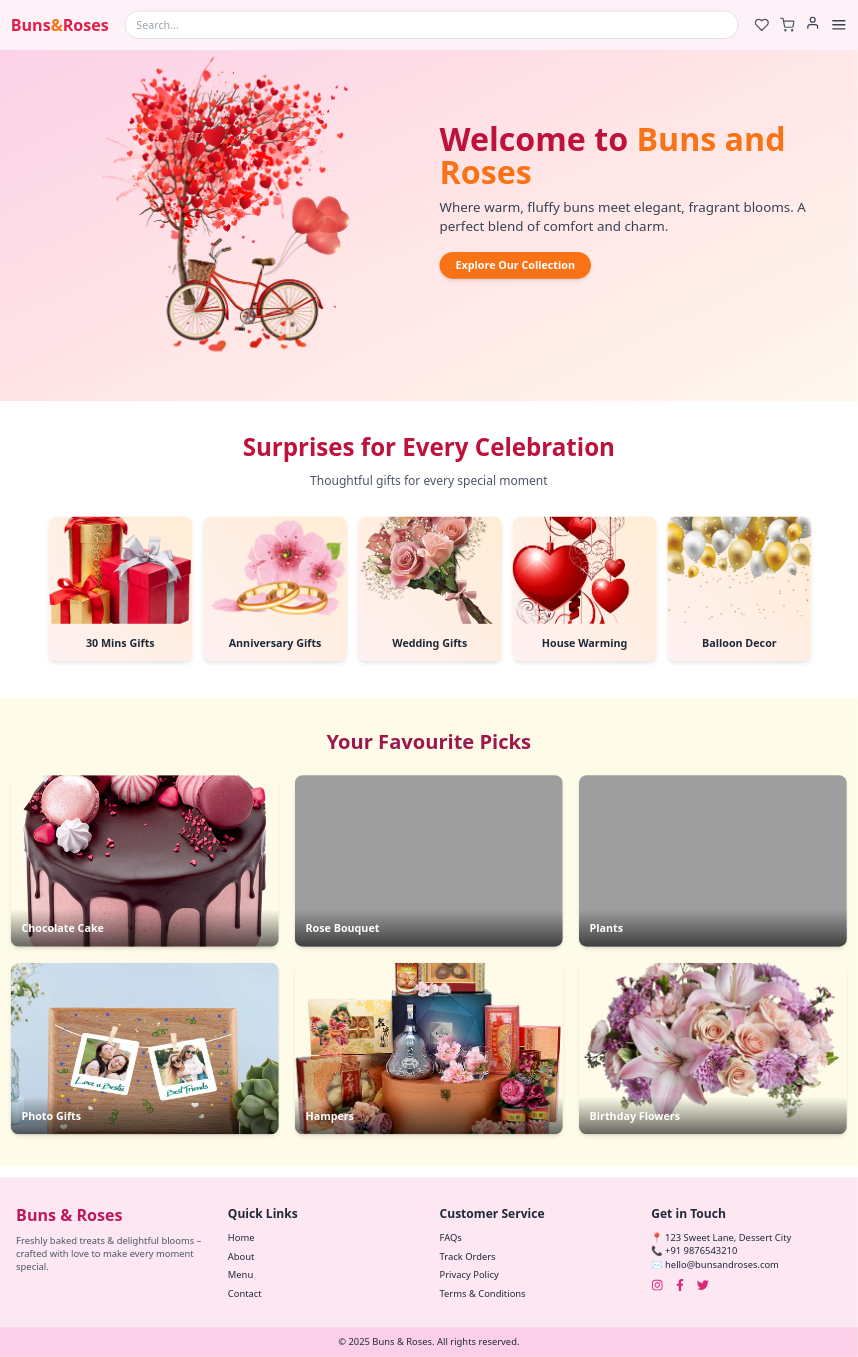
Repository: Purniagithub/buns-and-roses
Page: /
The author's editor kept a copy of each file at every save. The page is drawn from the files as they stood at one save, then again after the next save.
The browser window is 1280 px wide. The pictures show the whole page, at 67% of full size.
Pictures or frames that could not be fetched are drawn as grey boxes. The project was rebuilt for these pictures with package versions that can differ from the ones it lists, and the page was loaded fresh each time. Also part of the build but not shown: vite.config.js, src/pages/About.jsx. Imported but missing from the stored project, and not drawn on this page: src/components/RelationshipSec tion.

Above is the page before, as saved 2025-08-10 02:46:56.

### src/App.jsx
import React from 'react';
import { BrowserRouter as Router, Routes, Route } from 'react-router-dom';

import Home from './pages/Home';
import About from './pages/About';
import Navbar from './components/Navbar';
import Footer from './components/Footer'; // ✅ Import Footer

function App() {
  return (
    <Router>
      <div className="flex flex-col min-h-screen">
        {/* Navbar at the top */}
        <Navbar />

        {/* Main content area grows to push footer down */}
        <main className="flex-grow">
          <Routes>
            <Route path="/" element={<Home />} />
            <Route path="/about" element={<About />} />
          </Routes>
        </main>

        {/* Footer at the bottom */}
        <Footer />
      </div>
    </Router>
  );
}

export default App;

### src/pages/Home.jsx
import React from "react";
import Slider from "react-slick";
import { motion } from "framer-motion";
import "slick-carousel/slick/slick.css";
import "slick-carousel/slick/slick-theme.css";
import FavouritePicks from "../components/FavouritePicks";

const Home = () => {
  const celebrationItems = [
    { title: "Birthday Gifts", image: "/pngegg (6).png" },
    { title: "Send Rakhi Online", image: "/pngegg (3).png" },
    { title: "30 Mins Gifts", image: "/pngegg (4).png" },
    { title: "Anniversary Gifts", image: "/pngegg (7).png" },
    { title: "Wedding Gifts", image: "/pngegg.png" },
    { title: "House Warming", image: "/pngegg (9).png" },
    { title: "Balloon Decor", image: "/pngegg (2).png" },
  ];

  const sliderSettings = {
    dots: false,
    infinite: true,
    speed: 500,
    slidesToShow: 5,
    slidesToScroll: 1,
    autoplay: true,
    autoplaySpeed: 2500,
    responsive: [
      { breakpoint: 1024, settings: { slidesToShow: 3 } },
      { breakpoint: 768, settings: { slidesToShow: 2 } },
      { breakpoint: 480, settings: { slidesToShow: 1 } },
    ],
  };

  return (
    <>
      {/* Hero Section */}
      <div className="min-h-80 bg-gradient-to-br from-pink-200 via-rose-100 to-orange-50 flex items-center justify-center px-4 py-12">
        <div className="max-w-6xl w-full grid grid-cols-1 md:grid-cols-2 gap-8 items-center">
          {/* Left Side - Image */}
          <div className="flex justify-center">
            <img
              src="/pngegg (1).png"
              alt="Delicious buns and roses"
              className="w-full max-w-md h-auto rounded-3xl transform hover:scale-105 transition duration-500"
            />
          </div>

          {/* Right Side - Text Content */}
          <div className="text-center md:text-left">
            <h1 className="text-4xl md:text-5xl font-extrabold text-rose-700 leading-tight mb-4">
              Welcome to <span className="text-orange-500">Buns and Roses</span>
            </h1>
            <p className="text-lg md:text-xl text-gray-700 mb-6">
              Where warm, fluffy buns meet elegant, fragrant blooms. A perfect
              blend of comfort and charm.
            </p>
            <button className="bg-orange-500 hover:bg-orange-600 text-white font-semibold py-2 px-6 rounded-full shadow-md transition duration-300">
              Explore Our Collection
            </button>
          </div>
        </div>
      </div>

      {/* Celebration Section with Slider */}
      <section className="py-12 bg-white px-4">
        <div className="max-w-7xl mx-auto text-center mb-10">
          <h2 className="text-3xl md:text-4xl font-bold text-rose-700 mb-4">
            Surprises for Every Celebration
          </h2>
          <p className="text-gray-600 text-lg">
            Thoughtful gifts for every special moment
          </p>
        </div>

        <div className="max-w-6xl mx-auto">
          <Slider {...sliderSettings}>
            {celebrationItems.map((item, index) => (
              <div key={index} className="px-2">
                <motion.div
                  initial={{ opacity: 0, y: 20 }}
                  animate={{ opacity: 1, y: 0 }}
                  transition={{ duration: 0.6, delay: index * 0.1 }}
                  className="bg-gradient-to-tr from-rose-50 to-orange-100 rounded-xl shadow-md overflow-hidden hover:shadow-xl transition hover:scale-105"
                >
                  <img
                    src={item.image}
                    alt={item.title}
                    className="w-full h-40 object-cover"
                  />
                  <div className="p-4 text-center">
                    <h3 className="text-md font-semibold text-gray-800">
                      {item.title}
                    </h3>
                  </div>
                </motion.div>
              </div>
            ))}
          </Slider>
        </div>
      </section>
       {/* Other homepage sections */}
       <FavouritePicks />
    </>
  );
};

export default Home;

### src/components/Navbar.jsx
import React, { useState, useEffect } from "react";
import { FiMenu, FiX, FiUser, FiHeart, FiShoppingCart } from "react-icons/fi";

const Navbar = () => {
  const [isMenuOpen, setIsMenuOpen] = useState(false);
  const [isDropdownOpen, setIsDropdownOpen] = useState(false);
  const [scrolled, setScrolled] = useState(false);

  useEffect(() => {
    const handleScroll = () => {
      setScrolled(window.scrollY > 50);
    };
    window.addEventListener("scroll", handleScroll);
    return () => window.removeEventListener("scroll", handleScroll);
  }, []);

  const navItems = [
    { label: "Home", href: "/" },
    { label: "Shop", href: "#" },
    { label: "Flowers", href: "#" },
    { label: "Bakery", href: "#" },
    { label: "About", href: "/about" },
    { label: "Contact", href: "#" },
  ];

  return (
    <nav
      className={`w-full fixed top-0 z-50 transition-all duration-300 ${
        scrolled ? "bg-white shadow-md py-2" : "bg-pink-50 py-4"
      }`}
    >
      <div className="max-w-7xl mx-auto px-4 flex justify-between items-center">
        {/* Logo */}
        <div className="text-2xl font-extrabold text-rose-600">
          Buns<span className="text-orange-500">&</span>Roses
        </div>

        {/* Search Bar - only on md+ */}
        <div className="hidden md:flex flex-1 mx-6">
          <input
            type="text"
            placeholder="Search..."
            className="w-full px-4 py-2 rounded-full border border-gray-300 focus:outline-none focus:ring-2 focus:ring-rose-400"
          />
        </div>

        {/* Right Icons */}
        <div className="flex items-center space-x-4">
          <button className="text-gray-600 hover:text-rose-500 transition">
            <FiHeart size={22} />
          </button>
          <button className="text-gray-600 hover:text-orange-500 transition">
            <FiShoppingCart size={22} />
          </button>

          {/* User Dropdown */}
          <div className="relative">
            <button
              onClick={() => setIsDropdownOpen(!isDropdownOpen)}
              className="text-gray-700 hover:text-rose-600 transition"
            >
              <FiUser size={22} />
            </button>
            {isDropdownOpen && (
              <div className="absolute right-0 mt-2 w-40 bg-white border rounded-md shadow-lg py-2 z-10">
                <button className="block w-full text-left px-4 py-2 text-sm hover:bg-rose-100 text-gray-700">
                  Login
                </button>
                <button className="block w-full text-left px-4 py-2 text-sm hover:bg-rose-100 text-gray-700">
                  Sign Up
                </button>
              </div>
            )}
          </div>

          {/* Toggle Button (always visible) */}
          <button
            className="text-gray-700 focus:outline-none"
            onClick={() => setIsMenuOpen(!isMenuOpen)}
          >
            {isMenuOpen ? <FiX size={24} /> : <FiMenu size={24} />}
          </button>
        </div>
      </div>

      {/* Toggle Dropdown Menu (all screen sizes) */}
      {isMenuOpen && (
        <div className="w-full bg-white shadow-md md:hidden px-4 pb-4">
          <ul className="flex flex-col space-y-2">
            {navItems.map((item, index) => (
              <li key={index}>
                <a
                  href={item.href}
                  className="block text-gray-700 text-base px-4 py-2 rounded hover:bg-rose-100 transition"
                >
                  {item.label}
                </a>
              </li>
            ))}
          </ul>
        </div>
      )}

      {/* Desktop Menu as dropdown (same links, visible only if menu is toggled) */}
      {isMenuOpen && (
        <div className="hidden md:block bg-white shadow-md px-4 pb-4">
          <ul className="flex justify-center space-x-6">
            {navItems.map((item, index) => (
              <li key={index}>
                <a
                  href={item.href}
                  className="text-gray-700 hover:text-rose-600 font-medium transition"
                >
                  {item.label}
                </a>
              </li>
            ))}
          </ul>
        </div>
      )}
    </nav>
  );
};

export default Navbar;

### src/components/Footer.jsx
// src/components/Footer.jsx
import React from "react";
import { FaFacebookF, FaInstagram, FaTwitter } from "react-icons/fa";

const Footer = () => {
  return (
    <footer className="bg-pink-100 text-gray-800">
      <div className="max-w-7xl mx-auto px-6 py-10 grid grid-cols-1 md:grid-cols-4 gap-8">

        {/* Brand Info */}
        <div>
          <h2 className="text-2xl font-bold text-pink-700">Buns & Roses</h2>
          <p className="mt-3 text-sm text-gray-600">
            Freshly baked treats & delightful blooms – crafted with love to make every moment special.
          </p>
        </div>

        {/* Quick Links */}
        <div>
          <h3 className="text-lg font-semibold mb-3">Quick Links</h3>
          <ul className="space-y-2 text-sm">
            <li><a href="/" className="hover:text-pink-600">Home</a></li>
            <li><a href="/about" className="hover:text-pink-600">About</a></li>
            <li><a href="/menu" className="hover:text-pink-600">Menu</a></li>
            <li><a href="/contact" className="hover:text-pink-600">Contact</a></li>
          </ul>
        </div>

        {/* Customer Service */}
        <div>
          <h3 className="text-lg font-semibold mb-3">Customer Service</h3>
          <ul className="space-y-2 text-sm">
            <li><a href="/faq" className="hover:text-pink-600">FAQs</a></li>
            <li><a href="/orders" className="hover:text-pink-600">Track Orders</a></li>
            <li><a href="/privacy" className="hover:text-pink-600">Privacy Policy</a></li>
            <li><a href="/terms" className="hover:text-pink-600">Terms & Conditions</a></li>
          </ul>
        </div>

        {/* Contact & Social */}
        <div>
          <h3 className="text-lg font-semibold mb-3">Get in Touch</h3>
          <p className="text-sm">📍 123 Sweet Lane, Dessert City</p>
          <p className="text-sm">📞 +91 9876543210</p>
          <p className="text-sm">✉️ hello@bunsandroses.com</p>
          <div className="flex gap-4 mt-3 text-pink-600 text-lg">
            <a href="#"><FaInstagram /></a>
            <a href="#"><FaFacebookF /></a>
            <a href="#"><FaTwitter /></a>
          </div>
        </div>
      </div>

      {/* Copyright */}
      <div className="bg-pink-200 text-center py-3 text-sm">
        © {new Date().getFullYear()} Buns & Roses. All rights reserved.
      </div>
    </footer>
  );
};

export default Footer;

### src/components/FavouritePicks.jsx
// src/components/FavouritePicks.jsx
import React from "react";

const FavouritePicks = () => {
  const picks = [
    { id: 1, img: "/pngegg (10).png", title: "Chocolate Cake" },
    { id: 2, img: "/pngegg (11).png", title: "Rose Bouquet" },
    { id: 3, img: "/pngegg (12).png", title: "Plants" },
    { id: 4, img: "/pngegg 13.webp", title: "Photo Gifts" },
    { id: 5, img: "/pngegg (13).png", title: "Hampers" },
    { id: 6, img: "/pngegg (14).png", title: "Birthday Flowers" },
  ];

  return (
    <section className="py-12 mb-4 bg-yellow-50">
      <div className="max-w-7xl mx-auto px-4">
        <h2 className="text-3xl font-bold text-center text-pink-800 mb-8">
          Your Favourite Picks
        </h2>

        {/* Evenly spaced grid instead of masonry */}
        <div className="grid grid-cols-1 sm:grid-cols-2 md:grid-cols-3 gap-6">
          {picks.map((item) => (
            <div
              key={item.id}
              className="relative overflow-hidden rounded-xl shadow-md hover:scale-[1.02] transition-transform duration-300"
            >
              <img
                src={item.img}
                alt={item.title}
                className="w-full h-64 object-cover"
              />
              <div className="absolute bottom-0 left-0 right-0 bg-gradient-to-t from-black/60 to-transparent p-4">
                <h3 className="text-white font-semibold">{item.title}</h3>
              </div>
            </div>
          ))}
        </div>
      </div>
    </section>
  );
};

export default FavouritePicks;

Loaded but not shown: index.html (common file); src/main.jsx (common file); src/index.css (common file); tailwind.config.js (common file)

After the next save:
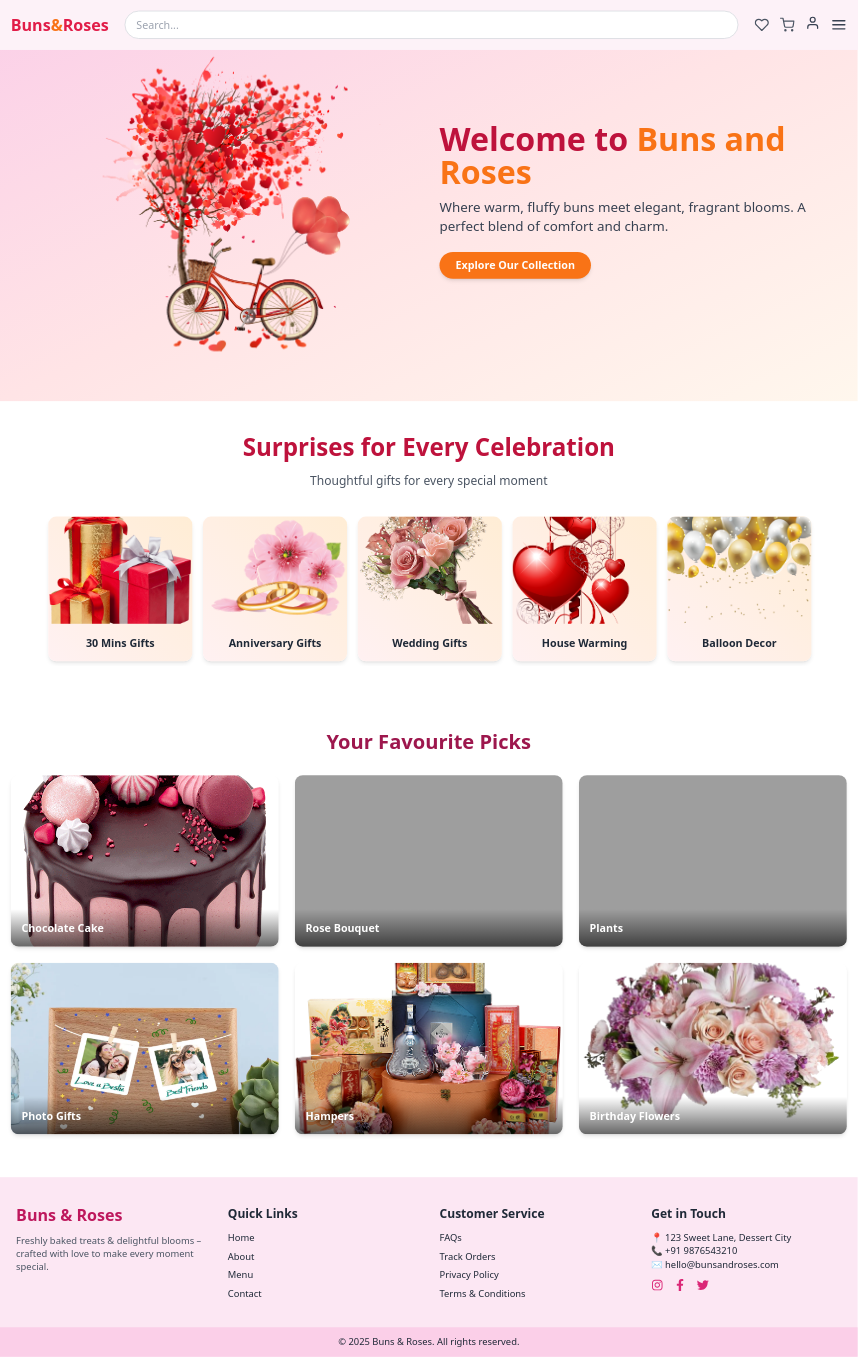
Saved 34 s later.
--- a/src/components/FavouritePicks.jsx
+++ b/src/components/FavouritePicks.jsx
@@ -12,7 +12,7 @@
   ];
 
   return (
-    <section className="py-12 mb-4 bg-yellow-50">
+    <section className="py-12 mb-4 bg-peach-50">
       <div className="max-w-7xl mx-auto px-4">
         <h2 className="text-3xl font-bold text-center text-pink-800 mb-8">
           Your Favourite Picks

After the save that followed:
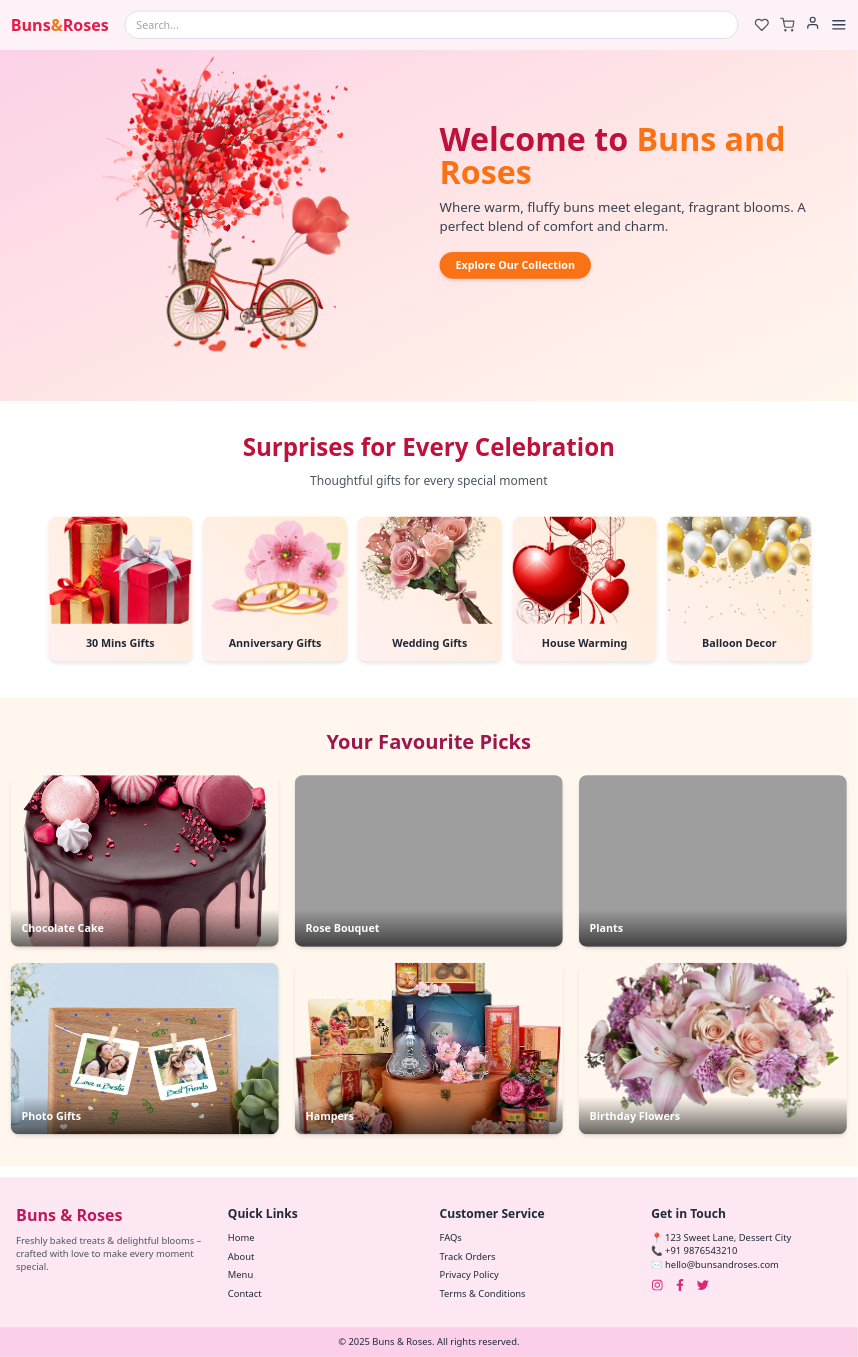
Saved 40 s later.
--- a/src/components/FavouritePicks.jsx
+++ b/src/components/FavouritePicks.jsx
@@ -12,7 +12,7 @@
   ];
 
   return (
-    <section className="py-12 mb-4 bg-peach-50">
+    <section className="py-12 mb-4 bg-orange-50">
       <div className="max-w-7xl mx-auto px-4">
         <h2 className="text-3xl font-bold text-center text-pink-800 mb-8">
           Your Favourite Picks
